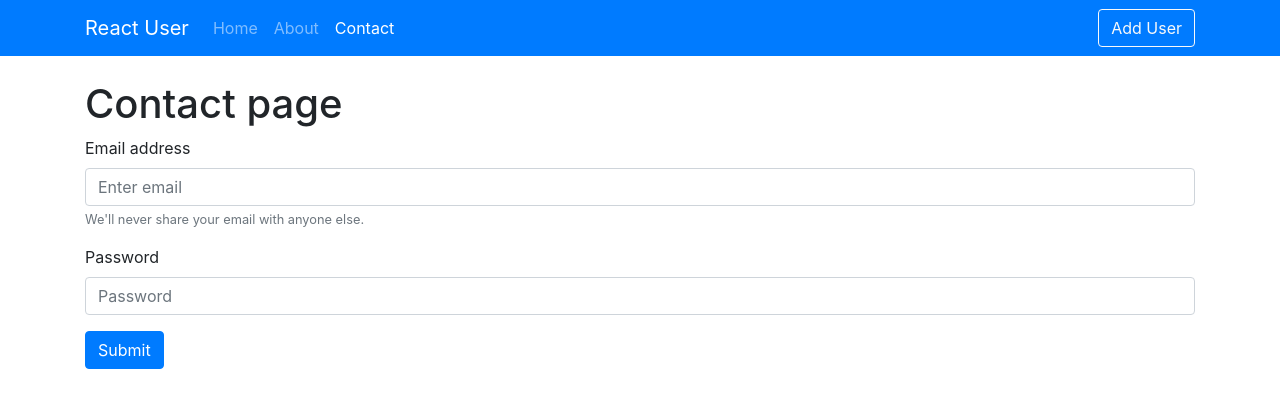
Repository: hardik2626/reactcrud2020
Page: /contact
These files come from the project's save history. The page is drawn as it stood at one moment and after the next save; the edit follows.
The browser window is 1280 px wide. The pictures show the whole page.
The project was rebuilt for these pictures with package versions that can differ from the ones it lists, and the page was loaded fresh each time. Also part of the build but not shown: src/index.css, src/App.css, src/component/pages/Home.js, src/component/pages/About.js, src/component/pages/Notfound.js, src/component/users/AddUser.js, src/component/users/EditUser.js, src/component/users/User.js.

Above is the page before, as saved 2020-10-29 18:53:28.

### src/App.js

import './App.css';
import '../node_modules/bootstrap/dist/css/bootstrap.css'
import Home from './component/pages/Home';
import About from './component/pages/About';
import Contact from './component/pages/Contact';
import Navbar from './component/layout/Navbar';
import {BrowserRouter as Router, Route, Switch} from 'react-router-dom'
import Notfound from './component/pages/Notfound';
import AddUser from './component/users/AddUser';
import EditUser from './component/users/EditUser';
import User from './component/users/User';

function App() {
  return (
    <Router>
      <div className="App">
        <Navbar />
        <Switch>
          <Route exact path="/" component={Home} />
          <Route exact path="/about" component={About} />
          <Route exact path="/contact" component={Contact} />
          <Route exact path="/users/add" component={AddUser} />
          <Route exact path="/users/edit/:id" component={EditUser} />
          <Route exact path="/users/:id" component={User} />
          <Route  component={Notfound} />
        </Switch>
    </div>
    </Router>
  );
}

export default App;

### src/component/pages/Contact.js
import React from 'react'

const Contact = () => {
    return (
        <>
            <div className="container">
                <div className="py-4">
                    <h1>Contact page</h1>
                    <form>
                        <div class="form-group">
                            <label for="exampleInputEmail1">Email address</label>
                            <input type="email" class="form-control" id="exampleInputEmail1" aria-describedby="emailHelp" placeholder="Enter email" />
                            <small id="emailHelp" class="form-text text-muted">We'll never share your email with anyone else.</small>
                        </div>
                        <div class="form-group">
                            <label for="exampleInputPassword1">Password</label>
                            <input type="password" class="form-control" id="exampleInputPassword1" placeholder="Password" />
                        </div>
                        <button type="submit" class="btn btn-primary">Submit</button>
                    </form>
                </div>
            </div>
        </>
    )
}

export default Contact

### src/component/layout/Navbar.js
import React from 'react'
import { Link, NavLink } from 'react-router-dom'

const Navbar = () => {
    return (
        <>
            <nav className="navbar navbar-expand-lg navbar-dark  bg-primary">
                <div className="container">
                <NavLink className="navbar-brand" to="/">React User</NavLink>
                    <button className="navbar-toggler" type="button" data-toggle="collapse" data-target="#navbarSupportedContent" aria-controls="navbarSupportedContent" aria-expanded="false" aria-label="Toggle navigation">
                        <span className="navbar-toggler-icon"></span>
                    </button>

                    <div className="collapse navbar-collapse">
                        <ul className="navbar-nav mr-auto">
                        <li className="nav-item">
                            <NavLink className="nav-link" exact to="/">Home</NavLink>
                        </li>
                        <li className="nav-item">
                            <NavLink className="nav-link" exact to="/about">About</NavLink>
                        </li>
                        <li className="nav-item">
                            <NavLink className="nav-link" exact to="/contact">Contact</NavLink>
                        </li>



                        </ul>
                    </div>
                    <Link className="btn btn-outline-light" to="/users/add">Add User</Link>
                </div>
            </nav>
        </>
    )
}

export default Navbar

Loaded but not shown: public/index.html (common file); src/index.js (common file)

After the next save:
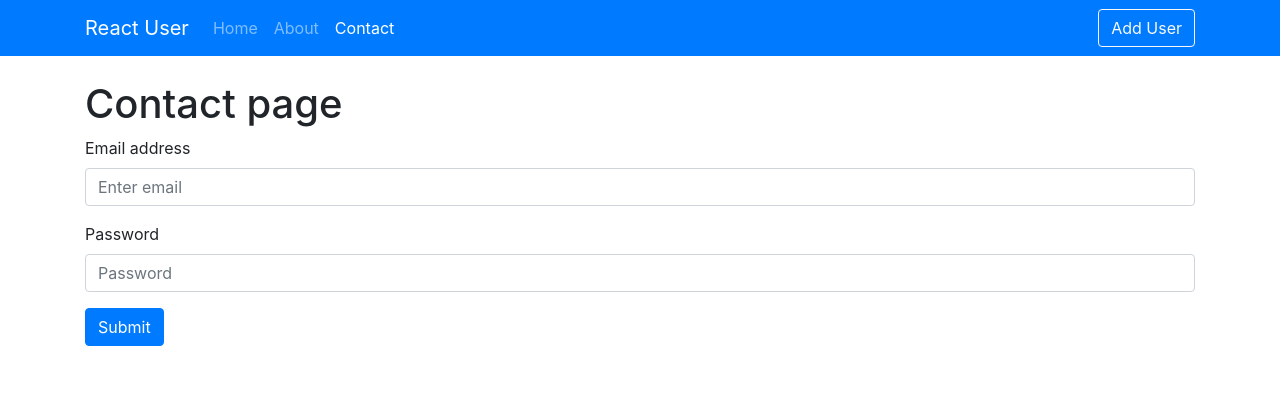
Saved 7 s later.
--- a/src/component/pages/Contact.js
+++ b/src/component/pages/Contact.js
@@ -10,7 +10,6 @@ const Contact = () => {
                         <div class="form-group">
                             <label for="exampleInputEmail1">Email address</label>
                             <input type="email" class="form-control" id="exampleInputEmail1" aria-describedby="emailHelp" placeholder="Enter email" />
-                            <small id="emailHelp" class="form-text text-muted">We'll never share your email with anyone else.</small>
                         </div>
                         <div class="form-group">
                             <label for="exampleInputPassword1">Password</label>
